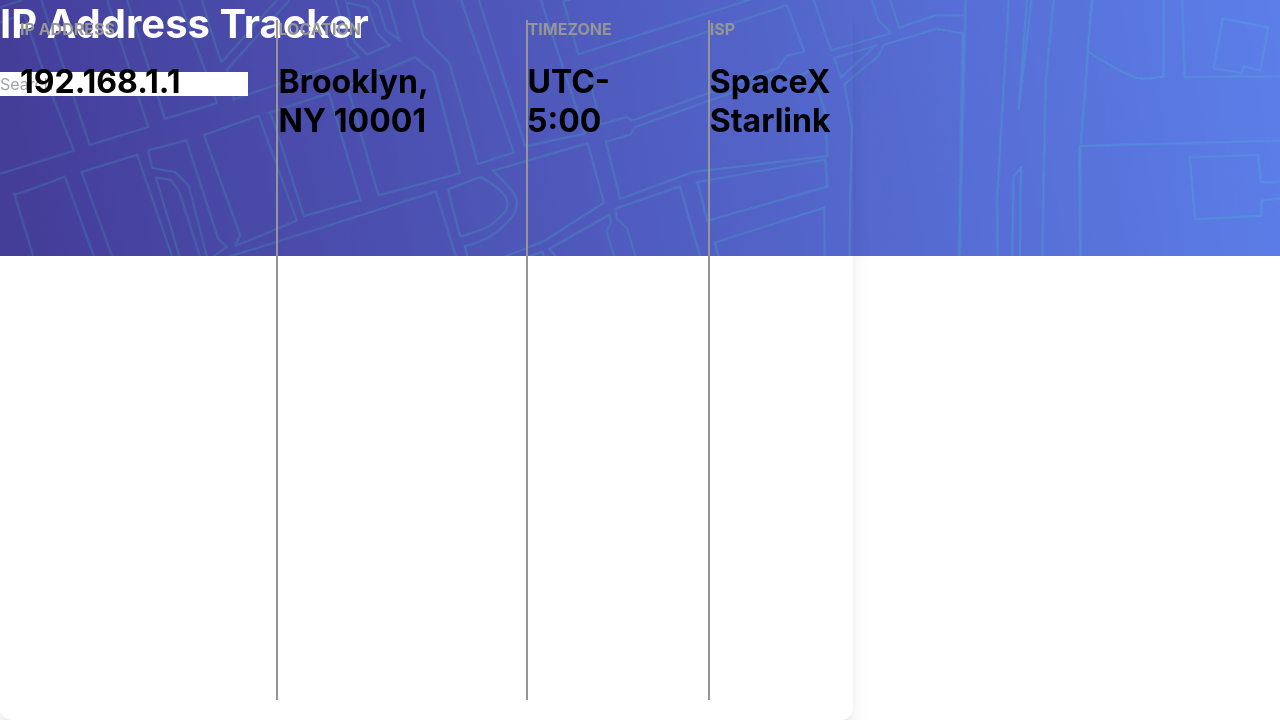
Repository: Dealsy/IP-Tracker
Page: /
An editor plug-in stored every save of this project. The page is shown before and after the next save, followed by the edit.
The browser window is 1280 px wide. The pictures show the whole page.
The project was rebuilt for these pictures with package versions that can differ from the ones it lists, and the page was loaded fresh each time. The framework's server and built-in components were replaced by stand-ins that run in the browser. Also part of the build but not shown: next.config.js.

Above is the page before, as saved 2022-04-21 21:49:53.

After the next save:
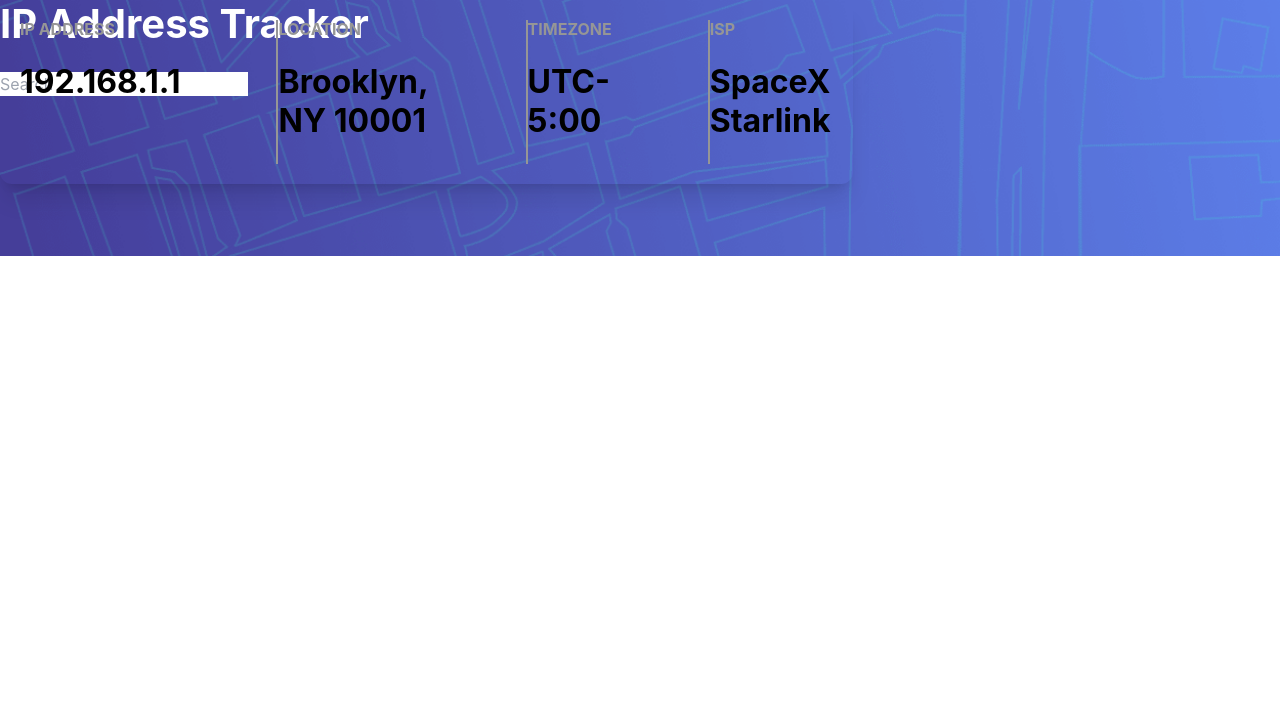
Saved 9 s later.
--- a/pages/index.js
+++ b/pages/index.js
@@ -15,7 +15,7 @@ export default function Home() {
           <input type="search" placeholder="Search" />
         </div>
 
-        <div className="flex flex-row justify-evenly border-0 shadow-xl w-4/6  rounded-xl p-5 absolute bottom-0 top-0 ">
+        <div className="flex flex-row justify-evenly border-0 shadow-xl w-4/6  rounded-xl p-5 absolute top-0 ">
           <div className=" border-r-2 border-Gray pr-24">
             <h3>IP ADDRESS</h3>
             <h2> 192.168.1.1 </h2>
